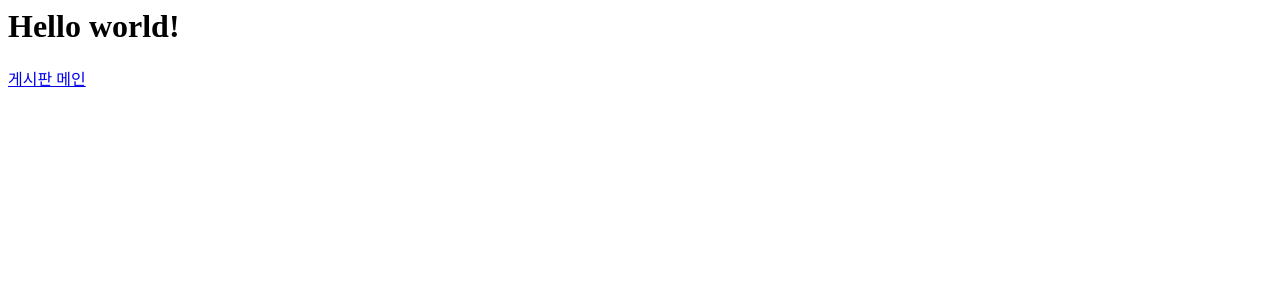
Repository: HJCroCat/project4
Page: http://localhost/koravle/
An editor plug-in stored every save of this project. The page is shown before and after the next save, followed by the edit.
The browser window is 1280 px wide. The pictures show the whole page.
The page is served by Tomcat 9. Nobody is signed in. The application's start-up code is not run.

Above is the page before, as saved 2021-12-15 03:05:42.

After the next save:
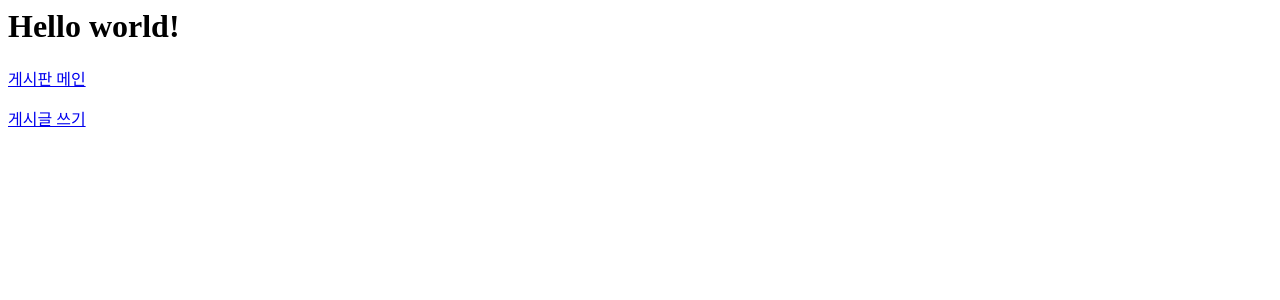
Saved 44 min 55 s later.
--- a/koravle/koravle/src/main/webapp/index.jsp
+++ b/koravle/koravle/src/main/webapp/index.jsp
@@ -12,7 +12,7 @@
 
 
 <p> <a href="getBoardList.do">게시판 메인</a>
-
+<p> <a href="insertBoard.do">게시글 쓰기</a>
 
 </body>
 </html>
